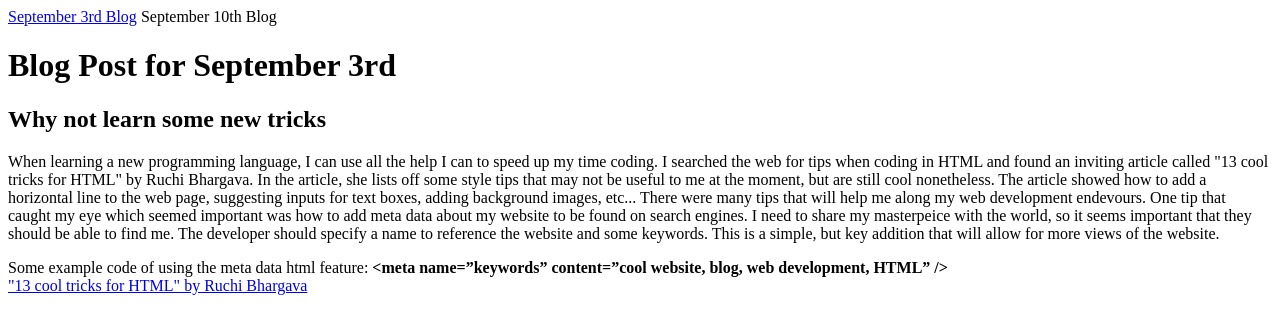
Repository: alharama/WebBlog
Page: index.html
These files come from the project's save history. The page is drawn as it stood at one moment and after the next save; the edit follows.
The browser window is 1280 px wide. The pictures show the whole page.

Above is the page before, as saved 2021-09-09 15:44:41.

### index.html
<!DOCTYPE html>

<head>
    <a href="#September3rd"> September 3rd Blog</a>
    <a name="September10th"> September 10th Blog</a>
</head>
<html>

<header>
    <title>Blog Post for September 3rd</title>
</header>

<body>

    <h1>Blog Post for September 3rd</h1>
    <h2>Why not learn some new tricks</h2>
    <p>
        When learning a new programming language, I can use all the help I can to speed
        up my time coding. I searched the web for tips when coding in HTML and found an inviting
        article called "13 cool tricks for HTML" by Ruchi Bhargava. In the article, she lists off some style
        tips that may not be useful to me at the moment, but are still cool nonetheless. The article showed
        how to add a horizontal line to the web page, suggesting inputs for text boxes, adding background images,
        etc... There were many tips that will help me along my web development endevours.
        One tip that caught my eye which seemed important was how to add meta data about my website to be
        found on search engines. I need to share my masterpeice with the world, so it seems important that they
        should be able to find me. The developer should specify a name to reference the website and some keywords.
        This is a simple, but key addition that will allow for more views of the website.
    </p>

</body>




Some example code of using the meta data html feature:
    <b>&lt;meta name=”keywords” content=”cool website, blog, web development, HTML” /></b>



<footer>
    <a href="https://www.freelancer.com/articles/web-development/13-cool-tricks-for-html" target="_blank">"13 cool
        tricks for HTML" by Ruchi Bhargava</a>
</footer>

</html>

After the next save:
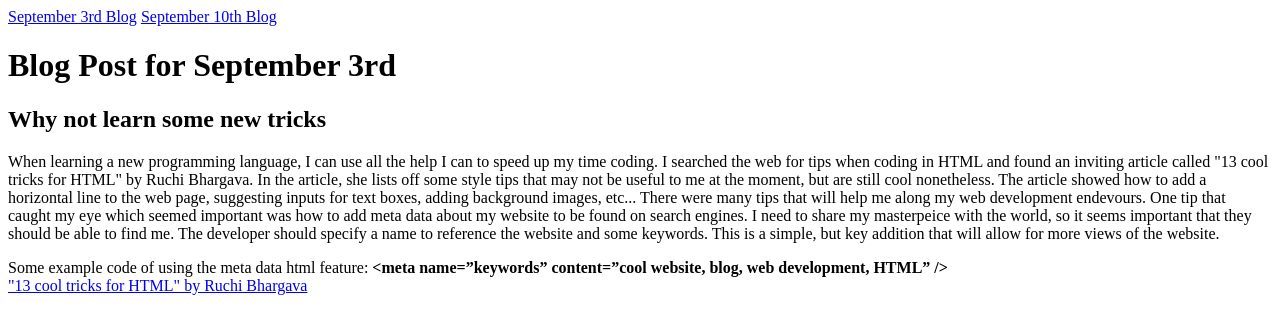
Saved 57 s later.
--- a/index.html
+++ b/index.html
@@ -2,7 +2,7 @@
 
 <head>
     <a href="#September3rd"> September 3rd Blog</a>
-    <a name="September10th"> September 10th Blog</a>
+    <a href="#September10th"> September 10th Blog</a>
 </head>
 <html>
 
